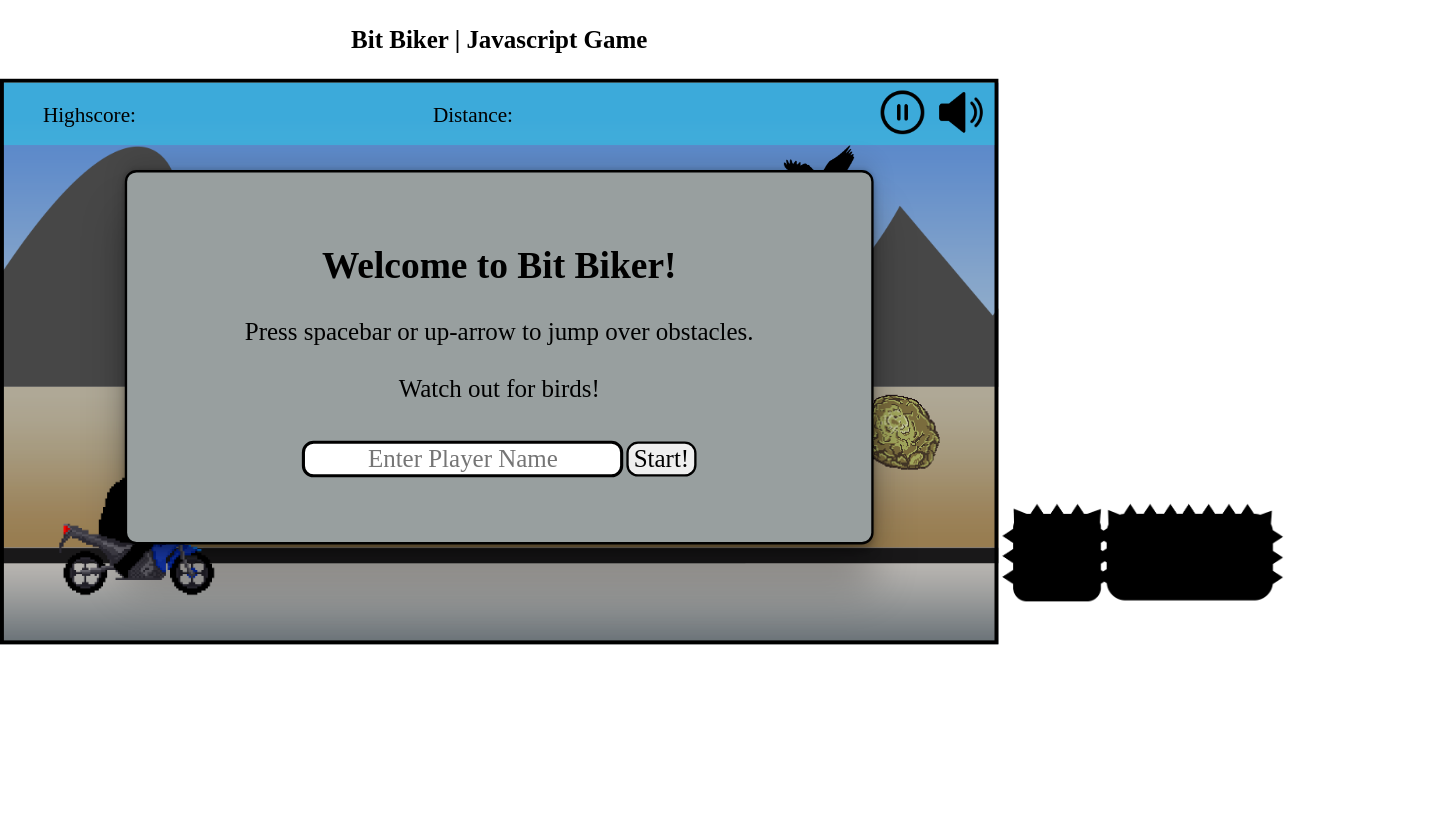
Repository: jellymel0n/bit-biker
Page: index.html
An editor plug-in stored every save of this project. The page is shown before and after a run of saves, followed by the edit.
The browser window is 1280 px wide. The page is 1645 px wide, then 1845 px, so the pictures cover 1845 px, including what lies to the right of the window. The pictures show the whole page, at 78% of full size.

Above is the page before, as saved 2021-07-07 14:42:27.

After the next 2 saves:
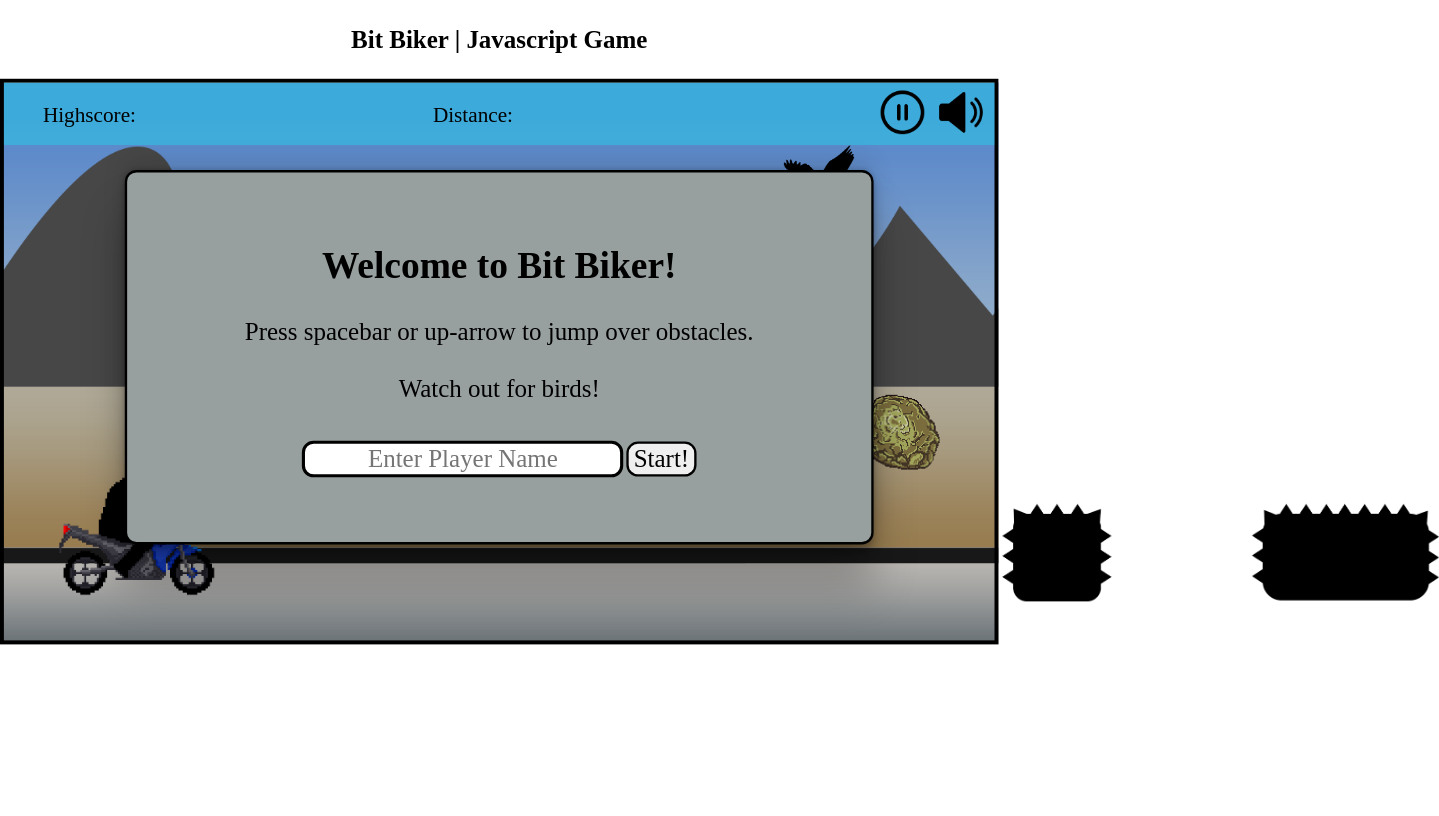
The 2 saves are shown as one change because they came seconds apart.
The last was saved 7 s later.
--- a/scripts/script.js
+++ b/scripts/script.js
@@ -391,7 +391,7 @@ const smallBlock = new Obstacle(
 game.addObstacle(smallBlock);
 
 const largeBlock = new Obstacle(
-    [1400, 540],
+    [1600, 540],
     [240, 300],
     -100,
     undefined,
